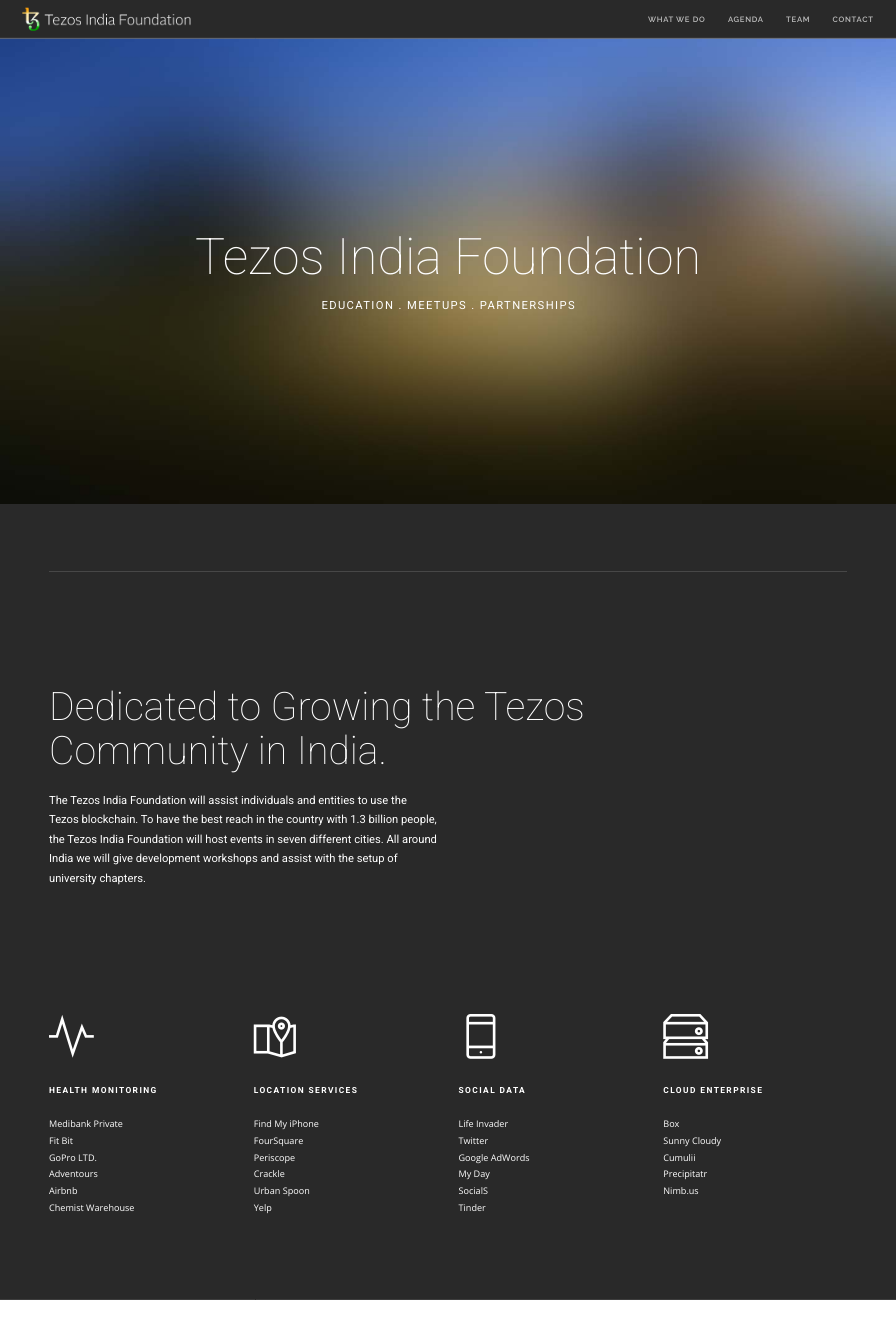
Repository: Tezos-India-Foundation/TIF-Website
Page: Tezos India Website/page.html
These files come from the project's save history. The page is drawn as it stood at one moment and after the next save; the edit follows.
The browser window is 1280 px wide. The pictures show the part of the page from y = 0 to 1920 px (the page is 4133 px tall), at 70% of full size.

Above is the page before, as saved 2019-08-06 15:22:19.

After the next save:
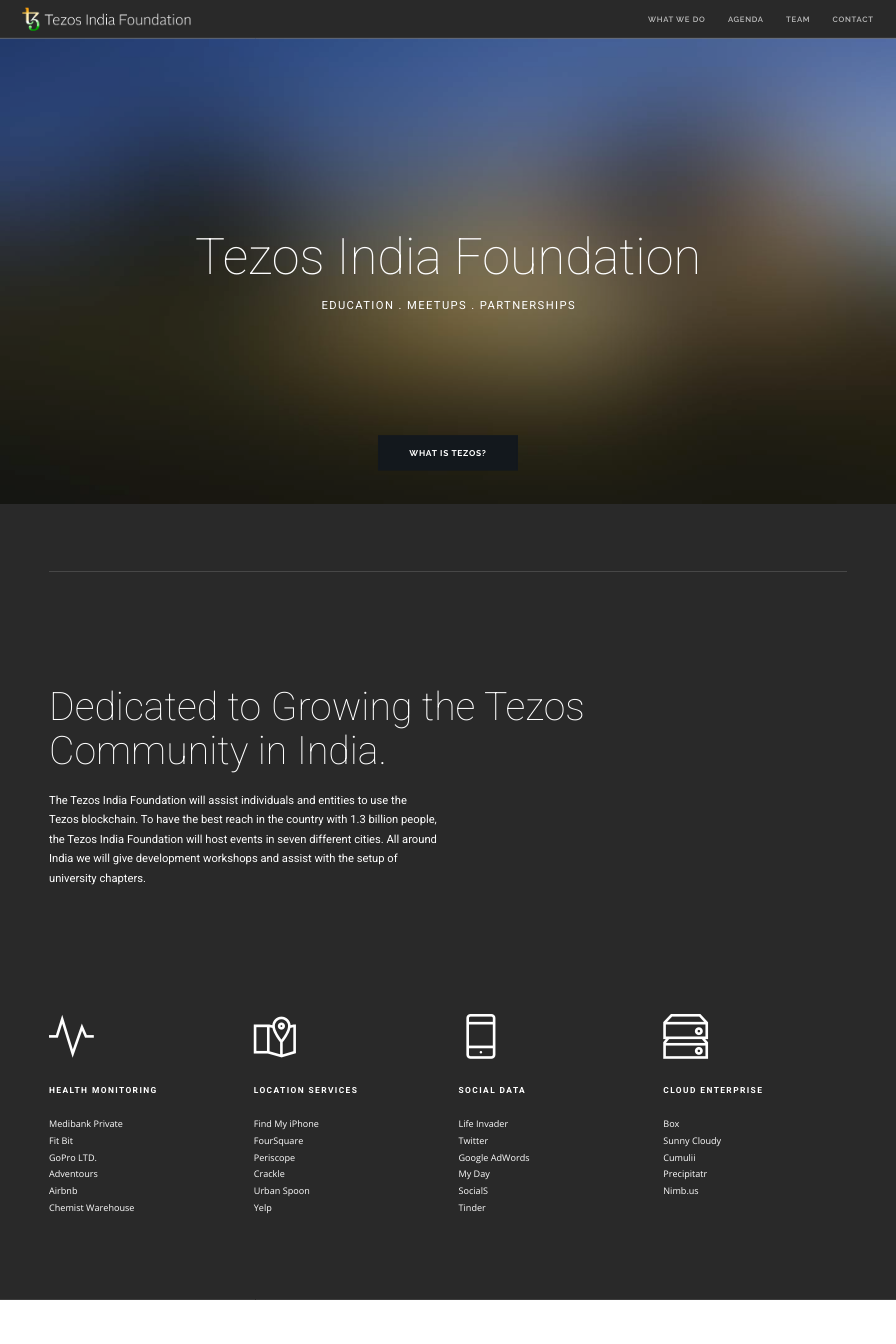
Saved 21 s later.
--- a/Tezos India Website/page.html
+++ b/Tezos India Website/page.html
@@ -147,7 +147,7 @@
 
 
 
-		<section class="cover fullscreen image-bg">
+		<section class="cover fullscreen image-bg overlay">
 			<div class="background-image-holder">
 				<img alt="image" class="background-image" src="img/prop1.jpg">
 			</div>
@@ -161,7 +161,7 @@
 
 			</div>
 
-			<div class="align-centre relative-xs text-center">
+			<div class="align-bottom relative-xs text-center">
 				<a class="btn btn-filled btn-lg mb32 mt-xs-40" href="#">What is Tezos?</a>
 			</div>
 		</section>
